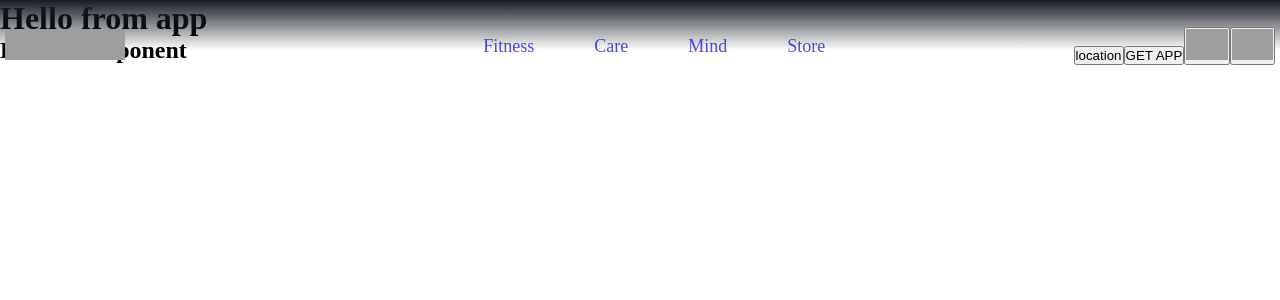
Repository: 1sanjeetsharma/cult-fit-clone
Page: /
An editor plug-in stored every save of this project. The page is shown before and after the next save, followed by the edit.
The browser window is 1280 px wide. The pictures show the whole page.
Pictures or frames that could not be fetched are drawn as grey boxes. The project was rebuilt for these pictures with package versions that can differ from the ones it lists, and the page was loaded fresh each time. Also part of the build but not shown: vite.config.js.

Above is the page before, as saved 2023-07-22 23:03:36.

### src/App.jsx
import LandingPage from "./components/landingPage/LandingPage";
function App() {
  return (
    <>
      <h1>Hello from app</h1>
      <LandingPage />
    </>
  );
}

export default App;

### src/components/landingPage/LandingPage.jsx
import Body from "../body/body";
// import Header from "../body/header/Header";
const LandingPage = () => {
	return (
		<>
			<Body></Body>
		</>
	);
};
export default LandingPage;

### src/components/body/body.jsx
import Header from "./header/Header";
import Footer from "./footer/Footer";
const Body = () => {
	console.log("hello from body");
	return (
		<>
			<Header />

			<Footer />
		</>
	);
};
export default Body;

### src/components/body/header/Header.jsx
import Navbar from "../Navbar/Navbar";
const Header = () => {
	return (
		<>
			<Navbar />
		</>
	);
};
export default Header;

### src/components/body/footer/Footer.jsx
const Footer = () => {
  return (
    <>
      <h2>Footer component</h2>
    </>
  );
};
export default Footer;

### src/components/body/Navbar/Navbar.jsx
import "./navbar.css";
const Navbar = () => {
	return (
		<>
			<div className="Nav-container">
				<nav>
					<a href="javascript:viod(0)">
						<img
							className="logo"
							height={"31px"}
							width={"120px"}
							src="https://cdn-images.cure.fit/www-curefit-com/image/upload/c_fill,w_120,q_auto:eco,dpr_2,f_auto,fl_progressive//image/test/brand-logo/vman-and-white-cult-text.png"
							alt="logo"
						/>
					</a>
					<div className="tabs">
						<a href="javascript:void(0)">Fitness</a>
						<a href="javascript:void(0)">Care</a>
						<a href="javascript:void(0)">Mind</a>
						<a href="javascript:void(0)">Store</a>
					</div>
					<div>
						<button className="location">location</button>
						<button className="get-app">GET APP</button>

						<button className="avatar">
							<img
								className="btn-img"
								src="https://cdn-images.cure.fit/www-curefit-com/image/upload/c_fill,w_26,q_auto:eco,dpr_2,f_auto,fl_progressive/image/test/header/Profile.png"
								alt="profile picture"
							/>
						</button>
						<button className="cart">
							<img
								className="btn-img"
								src="https://cdn-images.cure.fit/www-curefit-com/image/upload/c_fill,q_auto:eco,dpr_2,f_auto,fl_progressive//image/test/cart-dark-theme.svg"
								alt="cart"
							/>
						</button>
					</div>
				</nav>
			</div>
		</>
	);
};
export default Navbar;

### src/components/body/Navbar/navbar.css
* {
	margin: 0px;
	padding: 0px;
	box-sizing: border-box;
}
a {
	text-decoration: none;
	cursor: pointer;
}
.Nav-container {
	position: fixed;
	/* display: flexbox; */
	top: 0px;
	/* height: 60px; */
	width: 100%;

	/* align-content: center; */
	/* text-align: center; */
	/* background-color: #00000077; */
	box-sizing: border-box;
	/* z-index: 2; */
}

.logo,
.btn-img {
	height: 31px;
}
nav {
	display: flex;
	height: 50px;
	padding: 5px;
	flex-flow: row wrap;
	align-items: center;
	justify-content: space-between;
	background-image: linear-gradient(
		to bottom,
		#171a26,
		rgba(23, 26, 38, 0.0001)
	);
}
.tabs {
	color: #fff;
	display: flex;
	flex-direction: row;
	justify-content: spae-between;
	margin-left: 110px;
}
.tabs > a {
	height: 100%;
	transition: all 150ms ease;
	opacity: 70%;
	padding: 30px;
	line-height: 22px;
	font-size: 18px;
}

Loaded but not shown: index.html (common file); src/main.jsx (common file)

After the next save:
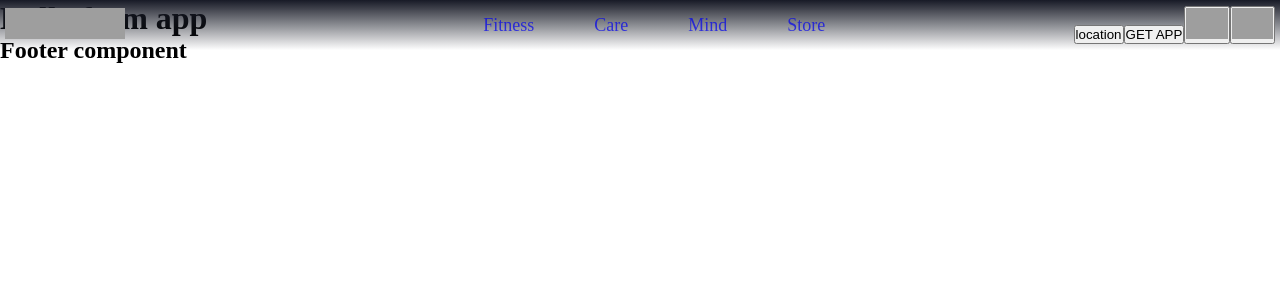
Saved 64 s later.
--- a/src/components/body/Navbar/navbar.css
+++ b/src/components/body/Navbar/navbar.css
@@ -49,7 +49,7 @@ nav {
 	height: 100%;
 	transition: all 150ms ease;
 	opacity: 70%;
-	padding: 30px;
+	padding: 0 30px;
 	line-height: 22px;
 	font-size: 18px;
 }
